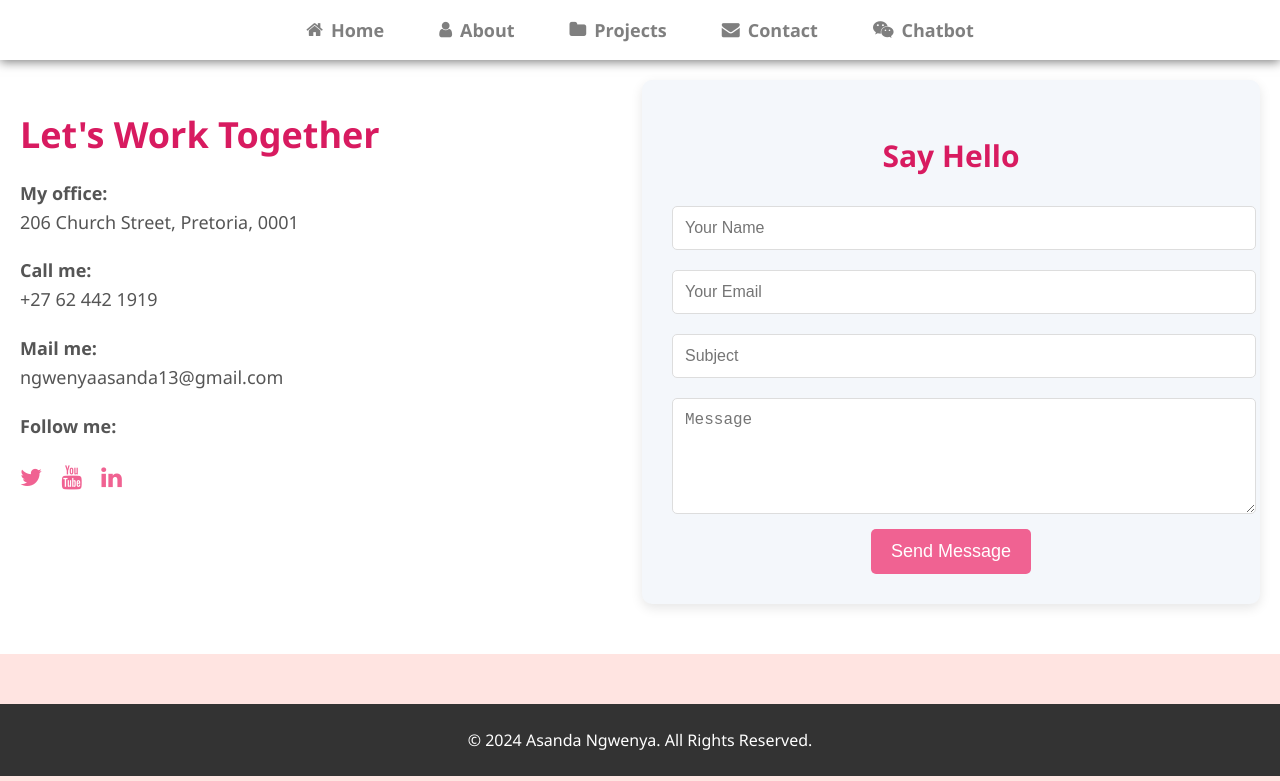
Repository: asandan8106/Asanda-sPortfolio
Page: Portfolio/contact.html
These files come from the project's save history. The page is drawn as it stood at one moment and after a run of saves; the edit follows.
The browser window is 1280 px wide. The pictures show the whole page.

Above is the page before, as saved 2025-05-19 14:13:48.

### Portfolio/contact.html
<!DOCTYPE html>
<html lang="en">
<head>
    <meta charset="UTF-8">
    <meta name="viewport" content="width=device-width, initial-scale=1.0">
    <title>Contact Us</title>
    <link rel="stylesheet" href="https://cdnjs.cloudflare.com/ajax/libs/font-awesome/4.7.0/css/font-awesome.min.css">
      <link rel="stylesheet" href="styles/CSS/contact.css" />

</head>
<body>

    <!-- Navigation Bar -->
    <header>
        <nav class="navbar">
            <div class="icon-bar">
                <a href="index.html"><i class="fa fa-home"></i><span>Home</span></a>
                <a href="About.html"><i class="fa fa-user"></i><span>About</span></a>
                <a href="project.html"><i class="fa fa-folder"></i><span>Projects</span></a>
                <a href="contact.html"><i class="fa fa-envelope"></i><span>Contact</span></a>
                <a href="chatbot.html"><i class="fa fa-wechat"></i><span>Chatbot</span></a>
            </div>
        </nav>
    </header>

    <!-- Contact Section -->
    <section class="contact-section">
        <div class="contact-container">
            <!-- Contact Information -->
            <div class="contact-info">
                <h1>Let's Work Together</h1>
                <p><strong>My office:</strong><br>206 Church Street, Pretoria, 0001</p>
                <p><strong>Call me:</strong><br>+27 62 442 1919</p>
                <p><strong>Mail me:</strong><br>ngwenyaasanda13@gmail.com</p>
                <p><strong>Follow me:</strong></p>
                <div class="social-icons">
                    <a href="https://www.twitter.com/NgwenyaAN?t=rSr5NJFgYeAspSVYoNGzhA&s=09"><i class="fa fa-twitter"></i></a>
                    <a href="https://fa-youtube.com/@asanda-ngwenya7207?siMnRrGemXOtye"><i class="fa fa-youtube"></i></a>
                    <a href="https://www.linkedin.com/in/asanda-ngwenya-b72b5b2a9"><i class="fa fa-linkedin"></i></a>
                </div>
            </div>

            <!-- Contact Form -->
            <div class="contact-form">
                <h2>Say Hello</h2>
                <form>
                    <input type="text" placeholder="Your Name" required>
                    <input type="email" placeholder="Your Email" required>
                    <input type="text" placeholder="Subject" required>
                    <textarea placeholder="Message" rows="5" required></textarea>
                    <button type="submit">Send Message</button>
                </form>
            </div>
        </div>
    </section>
<!-- Floating Chatbot Icon for global navigation -->
  <a href="chatbot.html" class="chatbot-float" aria-label="Open Chatbot">
    <i class="fas fa-robot"></i>
  </a>
    <!-- Footer -->
    <footer>
        <p>&copy; 2024 Asanda Ngwenya. All Rights Reserved.</p>
    </footer>

</body>
</html>

### Portfolio/styles/CSS/contact.css
   /* General Styles */
        body {
            font-family: 'Segoe UI', Tahoma, Geneva, Verdana, sans-serif;
            margin: 0;
            padding: 0;
            background-color: #ffe4e1; /* Soft Pink */
            color: #333; /* Dark text */
        }

        h1, h2 {
            color: #d81b60; /* Dark pink */
        }

        a {
            text-decoration: none;
            color: #f06292; /* Light pink */
        }

        a:hover {
            text-decoration: underline;
        }

        /* Navigation Bar */
        .navbar {
    display: flex;
    justify-content: center;
    align-items: center;
    background:#fff; /* Transparent black for overlay effect */
    position: fixed;
    top: 0;
    width: 100%;
    height: 60px;
    z-index: 100;
    box-shadow: 0px 2px 10px rgba(0, 0, 0, 0.5);
}

.navbar .icon-bar {
    display: flex;
    gap: 25px;
}

.navbar .icon-bar a {
    text-decoration: none;
    color:rgba(0, 0, 0, 0.5);
    font-size: 18px;
    font-weight: bold;
    display: flex;
    align-items: center;
    transition: color 0.3s, background 0.3s;
    padding: 8px 15px;
    border-radius: 5px;
}

.navbar .icon-bar a i {
    margin-right: 8px;
}

.navbar .icon-bar a:hover {
    color: #d62828;
    background: rgba(255, 255, 255, 0.2);
}

.navbar .icon-bar a span {
    display: inline-block;
}

.navbar-right a:hover {
    color: #ff66b2;
}

        /* Contact Section */
        .contact-section {
            padding: 50px 20px;
            background-color: white;
            text-align: center;
        }

        .contact-container {
            display: flex;
            justify-content: space-between;
            gap: 30px;
            margin-top: 30px;
        }

        .contact-info {
            width: 45%;
            text-align: left;
        }

        .contact-info h1 {
            font-size: 36px;
            color: #d81b60; /* Dark pink */
            margin-bottom: 20px;
        }

        .contact-info p {
            font-size: 18px;
            line-height: 1.6;
            color: #555;
            margin-bottom: 20px;
        }

        .social-icons a {
            color: #f06292; /* Light pink */
            font-size: 24px;
            margin-right: 15px;
            transition: color 0.3s ease;
        }

        .social-icons a:hover {
            color: #d81b60; /* Dark pink */
        }

        .contact-form {
            width: 45%;
            background-color: #f4f7fb;
            padding: 30px;
            border-radius: 10px;
            box-shadow: 0 4px 12px rgba(0, 0, 0, 0.1);
        }

        .contact-form h2 {
            font-size: 30px;
            color: #d81b60;
            margin-bottom: 20px;
        }

        .contact-form form input, .contact-form form textarea {
            width: 100%;
            padding: 12px;
            margin: 10px 0;
            border-radius: 5px;
            border: 1px solid #ddd;
            font-size: 16px;
        }

        .contact-form form button {
            background-color: #f06292; /* Light pink */
            color: white;
            font-size: 18px;
            padding: 12px 20px;
            border-radius: 5px;
            border: none;
            cursor: pointer;
            transition: background-color 0.3s ease;
        }

        .contact-form form button:hover {
            background-color: #ec407a; /* Slightly darker pink */
        }

        /* Footer */
        footer {
            background-color: #333; /* Black */
            color: white;
            padding: 20px;
            text-align: center;
            margin-top: 50px;
        }

        footer p {
            margin: 5px 0;
        }

        footer a {
            color: #f06292; /* Light pink */
            text-decoration: none;
            font-weight: bold;
        }

        footer a:hover {
            text-decoration: underline;
        }

        /* Responsive Design */
        @media screen and (max-width: 768px) {
            .contact-container {
                flex-direction: column;
                align-items: center;
            }

            .contact-info, .contact-form {
                width: 80%;
            }
        }

        @media screen and (max-width: 480px) {
            .navbar .icon-bar a {
                font-size: 18px;
                margin: 0 8px;
            }

            .contact-form form button {
                font-size: 16px;
            }
        }

After the next 3 saves:
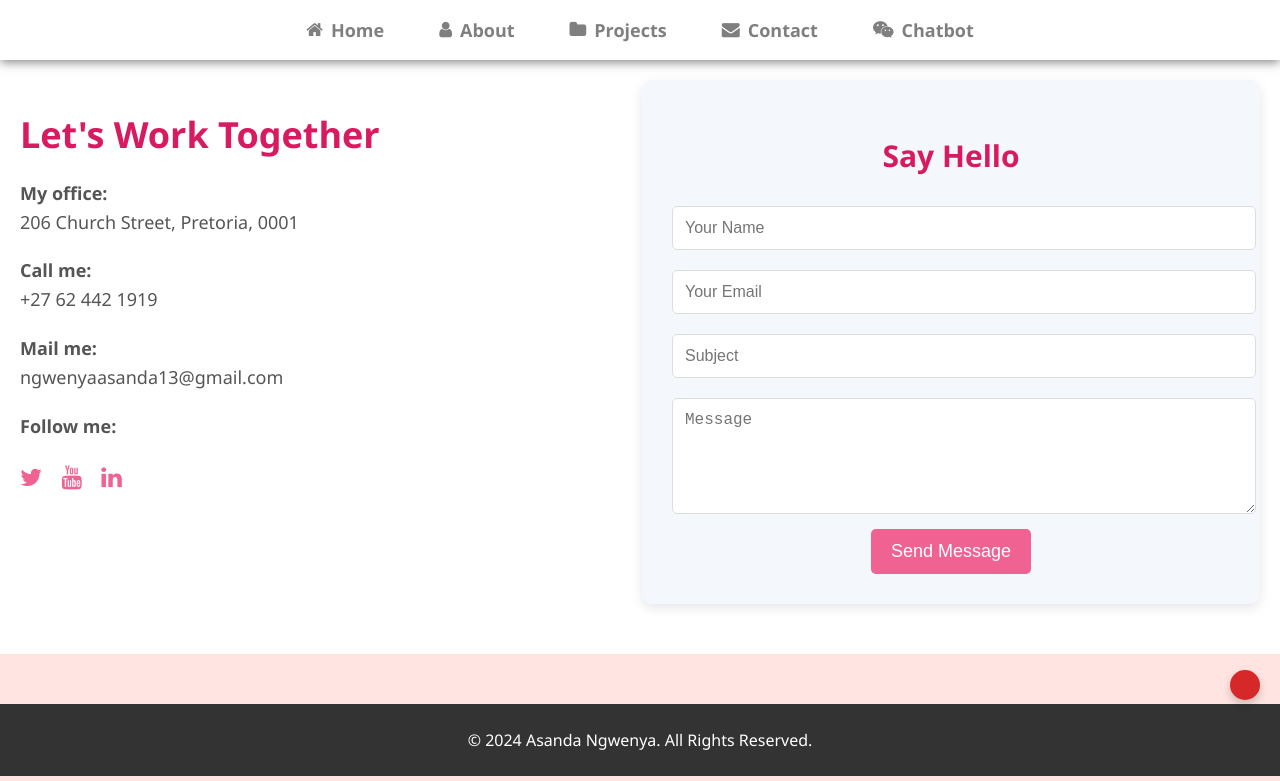
The 3 saves are shown as one change because they came seconds apart.
The last was saved 109 s later.
--- a/Portfolio/styles/CSS/contact.css
+++ b/Portfolio/styles/CSS/contact.css
@@ -148,6 +148,27 @@
         .contact-form form button:hover {
             background-color: #ec407a; /* Slightly darker pink */
         }
+        .chatbot-float {
+    position: fixed;
+    bottom: 20px;
+    right: 20px;
+    background-color: #d62828;
+    color: #fff;
+    padding: 15px;
+    border-radius: 50%;
+    text-align: center;
+    box-shadow: 0 4px 8px rgba(0, 0, 0, 0.2);
+    transition: background 0.3s ease;
+    z-index: 999;
+}
+
+.chatbot-float i {
+    font-size: 22px;
+}
+
+.chatbot-float:hover {
+    background-color: #b71c1c;
+}
 
         /* Footer */
         footer {

After the save that followed:
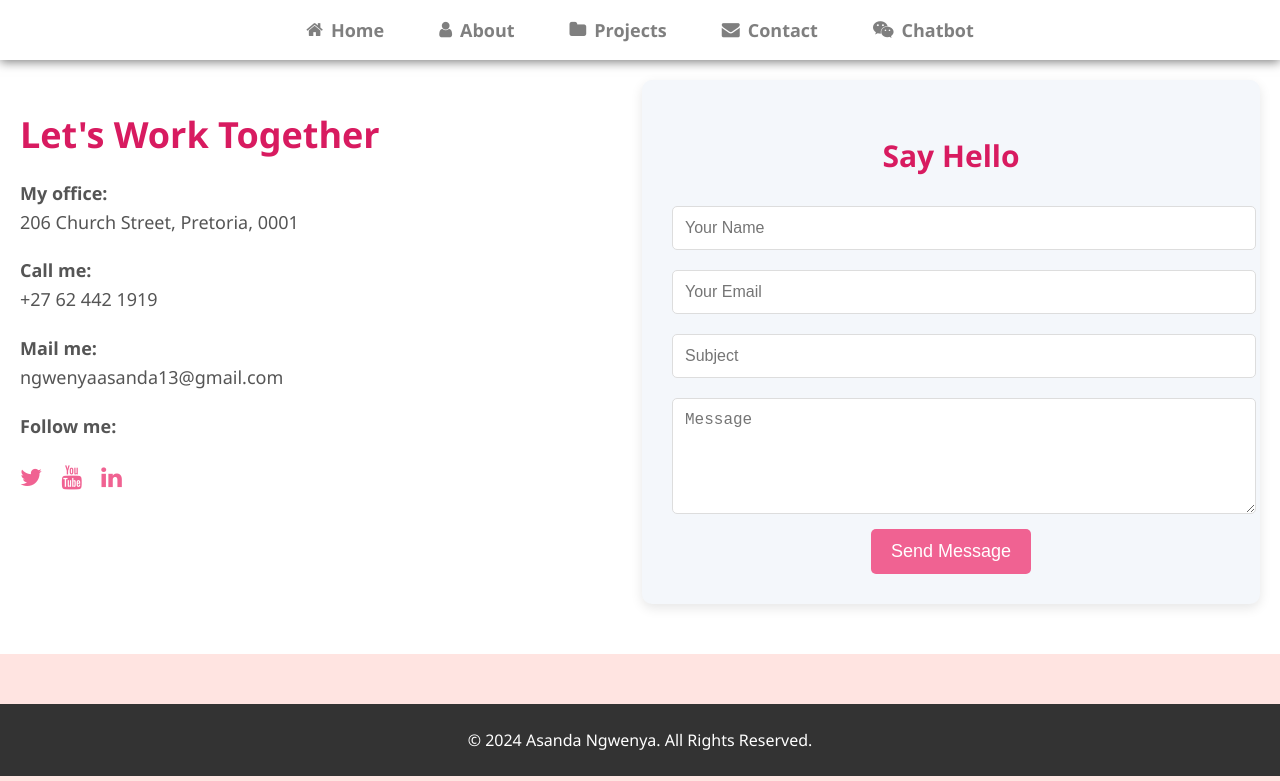
Saved 5 s later.
--- a/Portfolio/styles/CSS/contact.css
+++ b/Portfolio/styles/CSS/contact.css
@@ -148,27 +148,6 @@
         .contact-form form button:hover {
             background-color: #ec407a; /* Slightly darker pink */
         }
-        .chatbot-float {
-    position: fixed;
-    bottom: 20px;
-    right: 20px;
-    background-color: #d62828;
-    color: #fff;
-    padding: 15px;
-    border-radius: 50%;
-    text-align: center;
-    box-shadow: 0 4px 8px rgba(0, 0, 0, 0.2);
-    transition: background 0.3s ease;
-    z-index: 999;
-}
-
-.chatbot-float i {
-    font-size: 22px;
-}
-
-.chatbot-float:hover {
-    background-color: #b71c1c;
-}
 
         /* Footer */
         footer {
